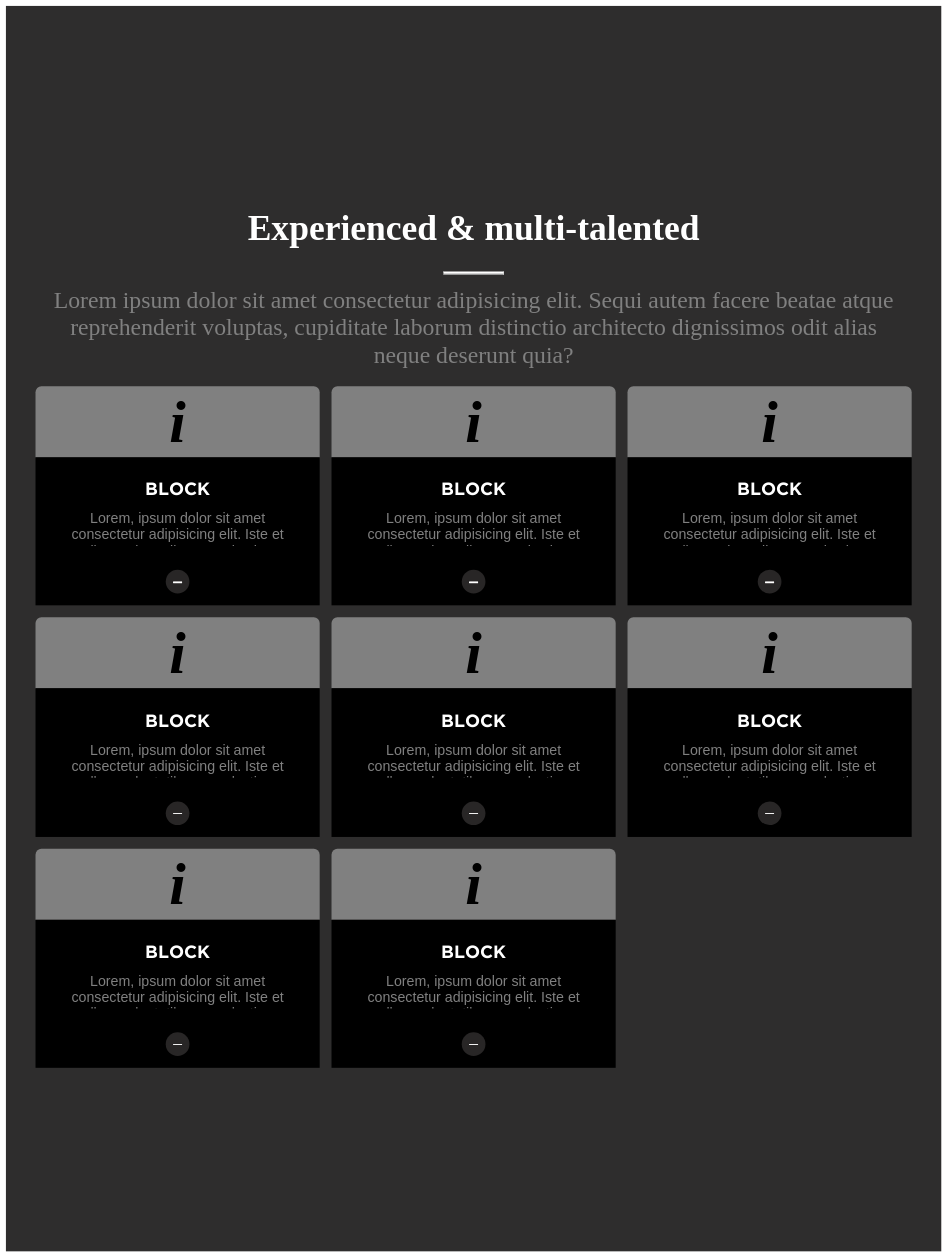
Repository: MohmdMHR/limesharp-test
Page: /
An editor plug-in stored every save of this project. The page is shown before and after the next save, followed by the edit.
The browser window is 1280 px wide. The pictures show the whole page, at 74% of full size.
The project was rebuilt for these pictures with package versions that can differ from the ones it lists, and the page was loaded fresh each time. Also part of the build but not shown: vue.config.js.

Above is the page before, as saved 2022-07-20 18:48:16.

### src/main.js
import Vue from "vue";
import Main from "./Main.vue";

Vue.config.productionTip = false;

new Vue({
  render: (h) => h(Main),
}).$mount("#app");

### src/Main.vue
<template>
  <div class="main container">
    <h1 class="main-title">Experienced & multi-talented</h1>
    <hr class="spacer" />
    <div class="main-content">
      Lorem ipsum dolor sit amet consectetur adipisicing elit. Sequi autem
      facere beatae atque reprehenderit voluptas, cupiditate laborum distinctio
      architecto dignissimos odit alias neque deserunt quia?
    </div>
    <div class="cards-container">
      <card
        v-for="(card, index) in numberOfCards"
        :key="index"
        title="block"
      ></card>
    </div>
  </div>
</template>

<script>
import Card from "./components/card.vue";

export default {
  name: "App",
  components: {
    Card,
  },
  data() {
    return {
      numberOfCards: 8,
    };
  },
};
</script>
<style>
@font-face {
  font-family: "Gotham-Bold";
  src: url("./assets/fonts/Gotham-Bold.ttf");
}
@font-face {
  font-family: "ProximaNova-Regular";
  src: url("./assets/fonts/ProximaNova-Regular.ttf");
}
</style>
<style lang="scss" scoped>
.main {
  padding: 15rem 2rem;
  background-color: rgb(46, 45, 45);
}
.main-title {
  color: white;
  text-align: center;
  font-size: 3rem;
}
.spacer {
  border-top: 3px solid white;
  width: 5rem;
}
.main-content {
  color: gray;
  text-align: center;
  margin: 1rem 2rem;
  font-size: 2rem;
}
.cards-container {
  display: grid;
  grid-template-columns: repeat(auto-fit, 25rem);
  justify-content: center;
}
</style>

### src/components/card.vue
<template>
  <div>
    <div class="card container">
      <div class="card-banner-img">i</div>
      <div class="card-content">
        <h1 class="card-content-title">{{ title }}</h1>
        <p class="card-content-text" :class="{ collapsed: collapsed }">
          Lorem, ipsum dolor sit amet consectetur adipisicing elit. Iste et
          ullam voluptatibus a molestiae deleniti necessitatibus dolor.
        </p>
        <div
          class="card-btn"
          :class="{ toggled: collapsed }"
          @click="collapse()"
        ></div>
      </div>
    </div>
  </div>
</template>

<script>
export default {
  name: "SingleCard",
  data() {
    return {
      collapsed: false,
    };
  },
  props: {
    title: {
      type: String,
      Default: "Block",
    },
  },
  methods: {
    collapse() {
      this.collapsed = !this.collapsed;
    },
  },
};
</script>

<style lang="scss" scoped>
.card {
  position: relative;
  margin: 0.5rem;
}
.card-banner-img {
  overflow: hidden;
  background-color: gray;
  justify-content: center;
  display: flex;
  align-items: center;
  height: 6rem;
  font-weight: bold;
  font-style: italic;
  font-size: 5rem;
  border-radius: 0.5rem 0.5rem 0 0;
}
.card-content {
  background: black;
  padding: 1rem 2rem;
}
.card-content-title {
  color: white;
  text-transform: uppercase;
  text-align: center;
  font-family: "gotham-bold", sans-serif;
  font-size: 1.5rem;
}
.card-content-text {
  color: gray;
  text-align: center;
  height: 3rem;
  overflow: hidden;
  margin: 1rem;
  font-family: "proxima-nova", sans-serif;
  font-size: 1.2rem;
  &.collapsed {
    height: 100%;
    z-index: 1;
  }
}
.card-btn {
  margin: 2rem auto 0;
  cursor: pointer;
  height: 2rem;
  position: relative;
  width: 2rem;
  background: #282626;
  border-radius: 50%;
  &:before,
  &:after {
    background: white;
    top: 1rem;
    left: 0.6rem;
    content: "";
    height: 0.1rem;
    position: absolute;
    width: 0.8rem;
    transition: transform 500ms ease;
  }
  &:after {
    transform-origin: center;
  }
  &.toggled {
    &:after {
      transform: rotate(90deg);
    }
    &:before {
      transform: rotate(180deg);
    }
  }
}
</style>

Loaded but not shown: public/index.html (common file)

After the next save:
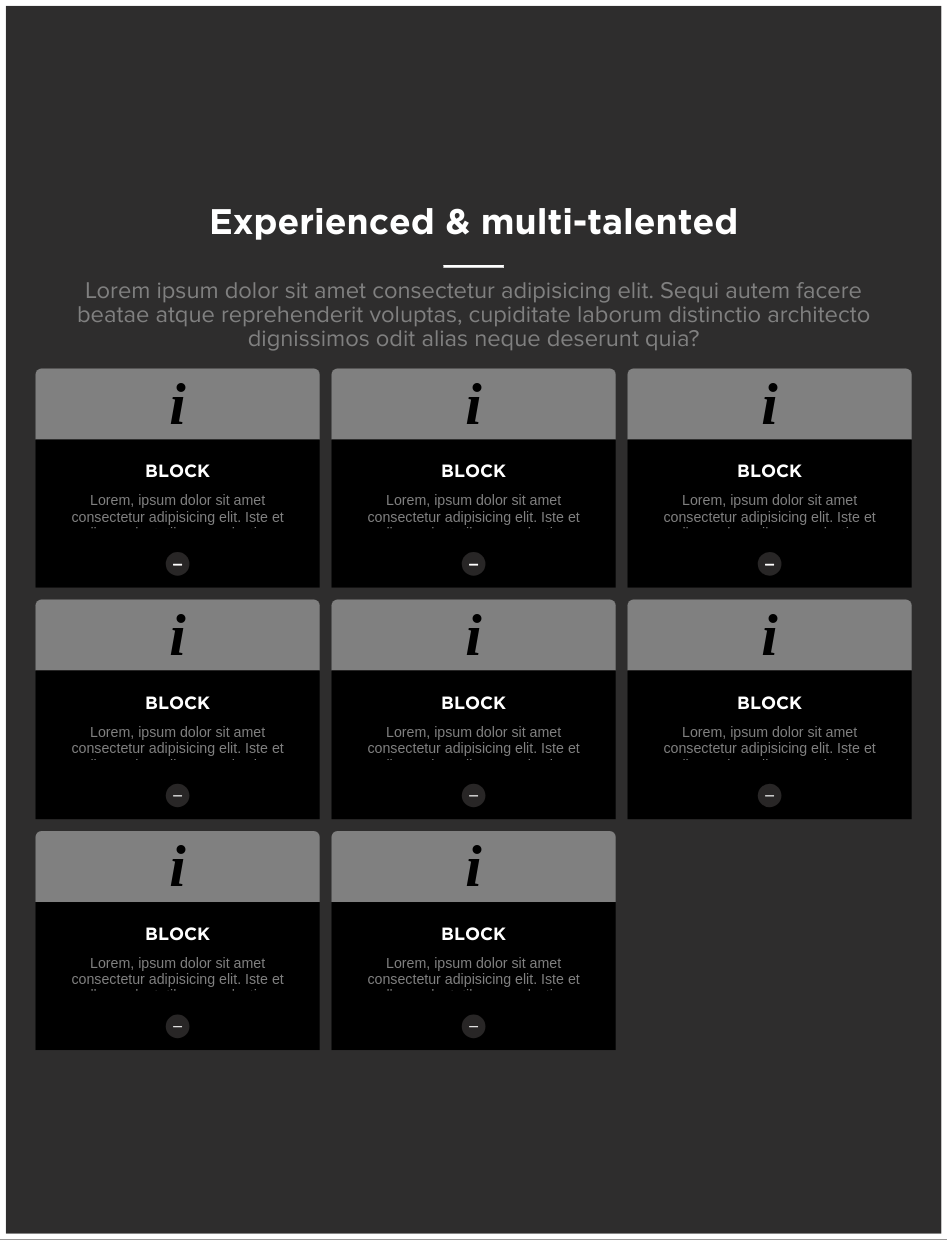
Saved 49 s later.
--- a/src/Main.vue
+++ b/src/Main.vue
@@ -50,6 +50,7 @@ export default {
 .main-title {
   color: white;
   text-align: center;
+  font-family: "Gotham-Bold";
   font-size: 3rem;
 }
 .spacer {
@@ -60,6 +61,7 @@ export default {
   color: gray;
   text-align: center;
   margin: 1rem 2rem;
+  font-family: "ProximaNova-Regular";
   font-size: 2rem;
 }
 .cards-container {
